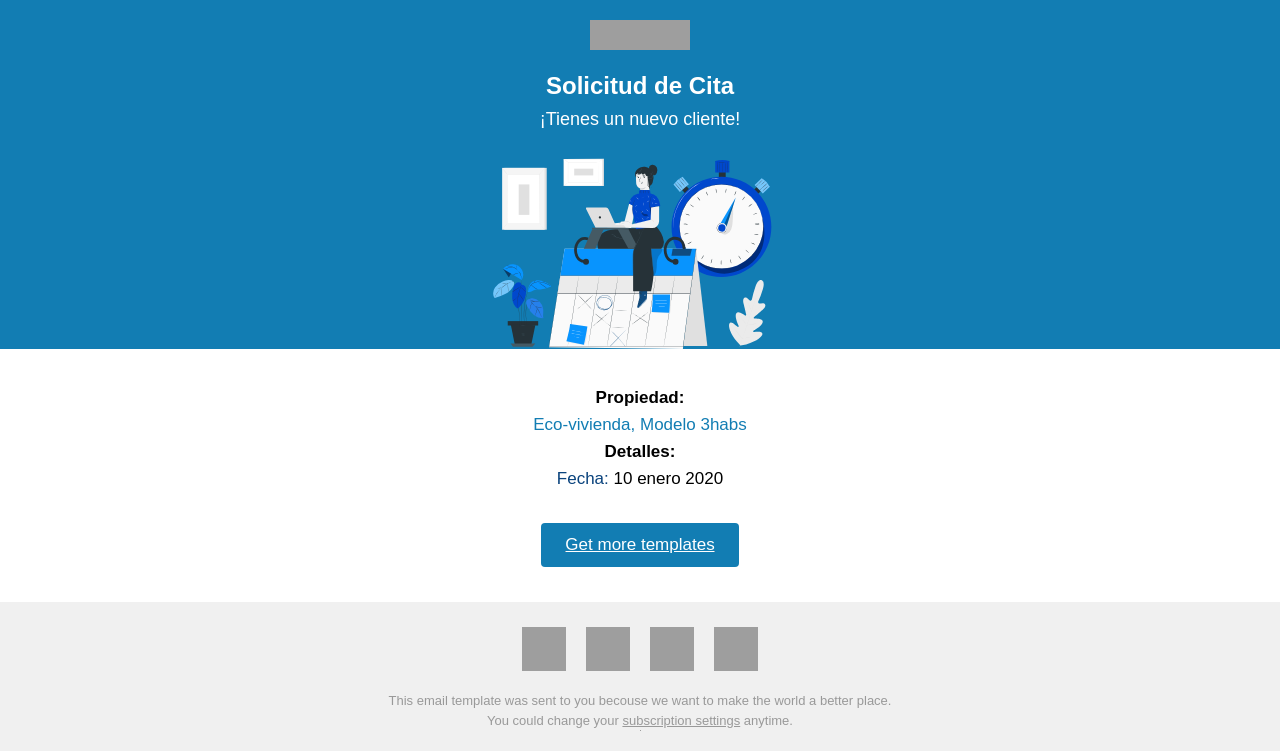
Repository: FabioMadrid/atlas_code
Page: correo_cita_vendedor.html
The author's editor kept a copy of each file at every save. The page is drawn from the files as they stood at one save, then again after the next save.
The browser window is 1280 px wide. The pictures show the whole page.
Pictures or frames that could not be fetched are drawn as grey boxes.

Above is the page before, as saved 2021-01-14 16:33:54.

### correo_cita_vendedor.html
<html xmlns="http://www.w3.org/1999/xhtml">
<head>
	<meta http-equiv="content-type" content="text/html; charset=utf-8">
  	<meta name="viewport" content="width=device-width, initial-scale=1.0;">
 	<meta name="format-detection" content="telephone=no"/>

	<style>
/* Reset styles */
    body {
        margin: 0; padding: 0; min-width: 100%; width: 100% !important; height: 100% !important;
        }
    body, table, td, div, p, a {
        -webkit-font-smoothing: antialiased; text-size-adjust: 100%; -ms-text-size-adjust: 100%;
        -webkit-text-size-adjust: 100%; line-height: 100%;
        }
    table, td {
         mso-table-lspace: 0pt; mso-table-rspace: 0pt;
         border-collapse: collapse !important; border-spacing: 0; }
    img {
        border: 0; line-height: 100%; outline: none; text-decoration: none;
        -ms-interpolation-mode: bicubic;
        }
    #outlook a { padding: 0; }
    .ReadMsgBody { width: 100%; }
    .ExternalClass { width: 100%; }
    .ExternalClass, .ExternalClass p, .ExternalClass span, .ExternalClass font, .E
    xternalClass td, .ExternalClass div {
        line-height: 100%;
        }

/* Extra floater space for advanced mail clients only */
@media all and (max-width: 600px) {
	.floater { width: 320px; }
}

/* Set color for auto links (addresses, dates, etc.) */
a, a:hover {
	color: #127DB3;
}
.footer a, .footer a:hover {
	color: #999999;
}

 	</style>

	<!-- MESSAGE SUBJECT -->
	<title>Cita Confirmada</title>

</head>

<!-- BODY -->
<!-- Set message background color (twice) and text color (twice) -->
<body topmargin="0" rightmargin="0" bottommargin="0" leftmargin="0" marginwidth="0" marginheight="0" width="100%" style="border-collapse: collapse; border-spacing: 0; margin: 0; padding: 0; width: 100%; height: 100%; -webkit-font-smoothing: antialiased; text-size-adjust: 100%; -ms-text-size-adjust: 100%; -webkit-text-size-adjust: 100%; line-height: 100%;
	background-color: #FFFFFF;
	color: #000000;"
	bgcolor="#FFFFFF"
	text="#000000">

<!-- SECTION / BACKGROUND -->
<!-- Set section background color -->
<table width="100%" align="center" border="0" cellpadding="0" cellspacing="0" style="border-collapse: collapse; border-spacing: 0; margin: 0; padding: 0; width: 100%;" class="background"><tr><td align="center" valign="top" style="border-collapse: collapse; border-spacing: 0; margin: 0; padding: 0;"
	bgcolor="#127DB3">

<!-- WRAPPER -->
<!-- Set wrapper width (twice) -->
<table border="0" cellpadding="0" cellspacing="0" align="center"
	width="600" style="border-collapse: collapse; border-spacing: 0; padding: 0; width: inherit;
	max-width: 600px;" class="wrapper">

	<tr>
		<td align="center" valign="top" style="border-collapse: collapse; border-spacing: 0; margin: 0; padding: 0; padding-left: 6.25%; padding-right: 6.25%; width: 87.5%;
			padding-top: 20px;">

			<!-- PREHEADER -->
			<!-- Set text color to background color -->
			<div style="display: none; visibility: hidden; overflow: hidden; opacity: 0; font-size: 1px; line-height: 1px; height: 0; max-height: 0; max-width: 0;
			color: #FFFFFF;" class="preheader">
				Available on&nbsp;GitHub and&nbsp;CodePen. holis aqui va un texto</div>

			<!-- LOGO -->
			<!-- Image text color should be opposite to background color. Set your url, image src, alt and title. Alt text should fit the image size. Real image size should be x2. URL format: http://domain.com/?utm_source={{Campaign-Source}}&utm_medium=email&utm_content=logo&utm_campaign={{Campaign-Name}} -->
			<a target="_blank" style="text-decoration: none;"
				href="https://github.com/konsav/email-templates/"><img border="0" vspace="0" hspace="0"
				src="https://raw.githubusercontent.com/konsav/email-templates/master/images/logo-white.png"
				width="100" height="30"
				alt="Logo" title="Logo" style="
				color: #000000;
				font-size: 10px; margin: 0; padding: 0; outline: none; text-decoration: none; -ms-interpolation-mode: bicubic; border: none; display: block;" /></a>

		</td>
	</tr>

	<!-- HEADER -->
	<!-- Set text color and font family ("sans-serif" or "Georgia, serif") -->
	<tr>
		<td align="center" valign="top" style="border-collapse: collapse; border-spacing: 0; margin: 0; padding: 0; padding-left: 6.25%; padding-right: 6.25%; width: 87.5%; font-size: 24px; font-weight: bold; line-height: 130%;
			padding-top: 20px;
			color: #FFFFFF;
			font-family: sans-serif;" class="header">
				Solicitud de Cita
		</td>
	</tr>

	<!-- SUBHEADER -->
	<!-- Set text color and font family ("sans-serif" or "Georgia, serif") -->
	<tr>
		<td align="center" valign="top" style="border-collapse: collapse; border-spacing: 0; margin: 0; padding: 0; padding-bottom: 3px; padding-left: 6.25%; padding-right: 6.25%; width: 87.5%; font-size: 18px; font-weight: 300; line-height: 150%;
			padding-top: 5px;
			color: #FFFFFF;
			font-family: sans-serif;" class="subheader">
				¡Tienes un nuevo cliente!
		</td>
	</tr>

	<!-- HERO IMAGE -->
	<!-- Image text color should be opposite to background color. Set your url, image src, alt and title. Alt text should fit the image size. Real image size should be x2 (wrapper x2). Do not set height for flexible images (including "auto"). URL format: http://domain.com/?utm_source={{Campaign-Source}}&utm_medium=email&utm_content={{Ìmage-Name}}&utm_campaign={{Campaign-Name}} -->
	<tr>
		<td align="center" valign="top" style="border-collapse: collapse; border-spacing: 0; margin: 0; padding: 0;
			padding-top: 20px;" class="hero"><a target="_blank" style="text-decoration: none;"
			href="#"><img border="0" vspace="0" hspace="0"
			src="./svg/calendario_mujer.svg"
			alt="Please enable images to view this content" title="Hero Image"
			width="530" style="
			width: 88.33%;
			max-width: 530px;
			color: #FFFFFF; font-size: 13px; margin: 0; padding: 0; outline: none; text-decoration: none; -ms-interpolation-mode: bicubic; border: none; display: block;"/></a></td>
	</tr>


<!-- End of WRAPPER -->
</table>

<!-- SECTION / BACKGROUND -->
<!-- Set section background color -->
</td></tr><tr><td align="center" valign="top" style="border-collapse: collapse; border-spacing: 0; margin: 0; padding: 0;
	padding-top: 5px;"
	bgcolor="#FFFFFF">

<!-- WRAPPER -->
<!-- Set conteiner background color -->
<table border="0" cellpadding="0" cellspacing="0" align="center"
	width="600" style="border-collapse: collapse; border-spacing: 0; padding: 0; width: inherit;
	max-width: 600px;">

	<!-- FLOATERS -->
	<!-- Floaters (left align tables) need extra 10px spacing in a line (Outlook fix). Floater table width = (wrapper width / 2) - 10px. Set text color and font family ("sans-serif" or "Georgia, serif"). Duplicate all text styles in links, including line-height. Image text color should be opposite to background color. Set your url, image src, alt and title. Alt text should fit the image size. Real image size should be x2. Do not set height for flexible images (including "auto"). URL format: http://domain.com/?utm_source={{Campaign-Source}}&utm_medium=email&utm_content={{Ìmage-Name}}&utm_campaign={{Campaign-Name}} -->
	<tr>
        <td align="center" valign="top" style="border-collapse: collapse; border-spacing: 0; margin: 0; padding: 0; padding-left: 10px; padding-right: 10px;" class="floaters">
        <table width="280" border="0" cellpadding="0" cellspacing="0" align="left" valign="top" style="border-collapse: collapse; mso-table-lspace: 0pt; mso-table-rspace: 0pt; border-spacing: 0; margin: 0; padding: 0; display: inline-table; float: none;" class="floater"><tr><td align="center" valign="top" style="border-collapse: collapse; border-spacing: 0; margin: 0; padding: 0; padding-left: 15px; padding-right: 15px; font-size: 17px; font-weight: 400; line-height: 160%;
			padding-top: 30px;
			font-family: sans-serif;
            color: #000000;">
            <b>Propiedad:</b> <br>

            <a target="_blank" style="text-decoration: none;
			font-size: 17px; line-height: 160%;"
            href="https://atlashome.hn/vistaCondominio/14">Eco-vivienda, Modelo 3habs</b></a> <br>

            <b>Detalles:</b> <br>

            <span style="color:#0A437D;"> Fecha: </span>  10 enero 2020

        </td>
    </tr>
    </table>


	<!-- BUTTON -->
	<!-- Set button background color at TD, link/text color at A and TD, font family ("sans-serif" or "Georgia, serif") at TD. For verification codes add "letter-spacing: 5px;". Link format: http://domain.com/?utm_source={{Campaign-Source}}&utm_medium=email&utm_content={{Button-Name}}&utm_campaign={{Campaign-Name}} -->
 	<tr>
		<td align="center" valign="top" style="border-collapse: collapse; border-spacing: 0; margin: 0; padding: 0; padding-left: 6.25%; padding-right: 6.25%; width: 87.5%;
			padding-top: 30px;
			padding-bottom: 35px;" class="button"><a
			href="https://github.com/konsav/email-templates/" target="_blank" style="text-decoration: underline;">
				<table border="0" cellpadding="0" cellspacing="0" align="center" style="max-width: 240px; min-width: 120px; border-collapse: collapse; border-spacing: 0; padding: 0;"><tr><td align="center" valign="middle" style="padding: 12px 24px; margin: 0; text-decoration: underline; border-collapse: collapse; border-spacing: 0; border-radius: 4px; -webkit-border-radius: 4px; -moz-border-radius: 4px; -khtml-border-radius: 4px;"
					bgcolor="#127DB3"><a target="_blank" style="text-decoration: underline;
					color: #FFFFFF; font-family: sans-serif; font-size: 17px; font-weight: 400; line-height: 120%;"
					href="https://github.com/konsav/email-templates/">
						Get more templates
					</a>
			</td></tr></table></a>
		</td>
	</tr>

<!-- End of WRAPPER -->
</table>

<!-- SECTION / BACKGROUND -->
<!-- Set section background color -->
</td></tr><tr><td align="center" valign="top" style="border-collapse: collapse; border-spacing: 0; margin: 0; padding: 0;"
	bgcolor="#F0F0F0">

<!-- WRAPPER -->
<!-- Set wrapper width (twice) -->
<table border="0" cellpadding="0" cellspacing="0" align="center"
	width="600" style="border-collapse: collapse; border-spacing: 0; padding: 0; width: inherit;
	max-width: 600px;" class="wrapper">

	<!-- SOCIAL NETWORKS -->
	<!-- Image text color should be opposite to background color. Set your url, image src, alt and title. Alt text should fit the image size. Real image size should be x2 -->
	<tr>
		<td align="center" valign="top" style="border-collapse: collapse; border-spacing: 0; margin: 0; padding: 0; padding-left: 6.25%; padding-right: 6.25%; width: 87.5%;
			padding-top: 25px;" class="social-icons"><table
			width="256" border="0" cellpadding="0" cellspacing="0" align="center" style="border-collapse: collapse; border-spacing: 0; padding: 0;">
			<tr>

				<!-- ICON 1 -->
				<td align="center" valign="middle" style="margin: 0; padding: 0; padding-left: 10px; padding-right: 10px; border-collapse: collapse; border-spacing: 0;"><a target="_blank"
					href="https://raw.githubusercontent.com/konsav/email-templates/"
				style="text-decoration: none;"><img border="0" vspace="0" hspace="0" style="padding: 0; margin: 0; outline: none; text-decoration: none; -ms-interpolation-mode: bicubic; border: none; display: inline-block;
					color: #000000;"
					alt="F" title="Facebook"
					width="44" height="44"
					src="https://raw.githubusercontent.com/konsav/email-templates/master/images/social-icons/facebook.png"></a></td>

				<!-- ICON 2 -->
				<td align="center" valign="middle" style="margin: 0; padding: 0; padding-left: 10px; padding-right: 10px; border-collapse: collapse; border-spacing: 0;"><a target="_blank"
					href="https://raw.githubusercontent.com/konsav/email-templates/"
				style="text-decoration: none;"><img border="0" vspace="0" hspace="0" style="padding: 0; margin: 0; outline: none; text-decoration: none; -ms-interpolation-mode: bicubic; border: none; display: inline-block;
					color: #000000;"
					alt="T" title="Twitter"
					width="44" height="44"
					src="https://raw.githubusercontent.com/konsav/email-templates/master/images/social-icons/twitter.png"></a></td>

				<!-- ICON 3 -->
				<td align="center" valign="middle" style="margin: 0; padding: 0; padding-left: 10px; padding-right: 10px; border-collapse: collapse; border-spacing: 0;"><a target="_blank"
					href="https://raw.githubusercontent.com/konsav/email-templates/"
				style="text-decoration: none;"><img border="0" vspace="0" hspace="0" style="padding: 0; margin: 0; outline: none; text-decoration: none; -ms-interpolation-mode: bicubic; border: none; display: inline-block;
					color: #000000;"
					alt="G" title="Google Plus"
					width="44" height="44"
					src="https://raw.githubusercontent.com/konsav/email-templates/master/images/social-icons/googleplus.png"></a></td>

				<!-- ICON 4 -->
				<td align="center" valign="middle" style="margin: 0; padding: 0; padding-left: 10px; padding-right: 10px; border-collapse: collapse; border-spacing: 0;"><a target="_blank"
					href="https://raw.githubusercontent.com/konsav/email-templates/"
				style="text-decoration: none;"><img border="0" vspace="0" hspace="0" style="padding: 0; margin: 0; outline: none; text-decoration: none; -ms-interpolation-mode: bicubic; border: none; display: inline-block;
					color: #000000;"
					alt="I" title="Instagram"
					width="44" height="44"
					src="https://raw.githubusercontent.com/konsav/email-templates/master/images/social-icons/instagram.png"></a></td>

			</tr>
			</table>
		</td>
	</tr>

	<!-- FOOTER -->
	<!-- Set text color and font family ("sans-serif" or "Georgia, serif"). Duplicate all text styles in links, including line-height -->
	<tr>
		<td align="center" valign="top" style="border-collapse: collapse; border-spacing: 0; margin: 0; padding: 0; padding-left: 6.25%; padding-right: 6.25%; width: 87.5%; font-size: 13px; font-weight: 400; line-height: 150%;
			padding-top: 20px;
			padding-bottom: 20px;
			color: #999999;
			font-family: sans-serif;" class="footer">

				This email template was sent to&nbsp;you becouse we&nbsp;want to&nbsp;make the&nbsp;world a&nbsp;better place.<br/> You&nbsp;could change your <a href="https://github.com/konsav/email-templates/" target="_blank" style="text-decoration: underline; color: #999999; font-family: sans-serif; font-size: 13px; font-weight: 400; line-height: 150%;">subscription settings</a> anytime.

				<!-- ANALYTICS -->
				<!-- https://www.google-analytics.com/collect?v=1&tid={{UA-Tracking-ID}}&cid={{Client-ID}}&t=event&ec=email&ea=open&cs={{Campaign-Source}}&cm=email&cn={{Campaign-Name}} -->
				<img width="1" height="1" border="0" vspace="0" hspace="0" style="margin: 0; padding: 0; outline: none; text-decoration: none; -ms-interpolation-mode: bicubic; border: none; display: block;"
				src="https://raw.githubusercontent.com/konsav/email-templates/master/images/tracker.png" />

		</td>
	</tr>

<!-- End of WRAPPER -->
</table>

<!-- End of SECTION / BACKGROUND -->
</td></tr></table>

</body>
</html>

After the next save:
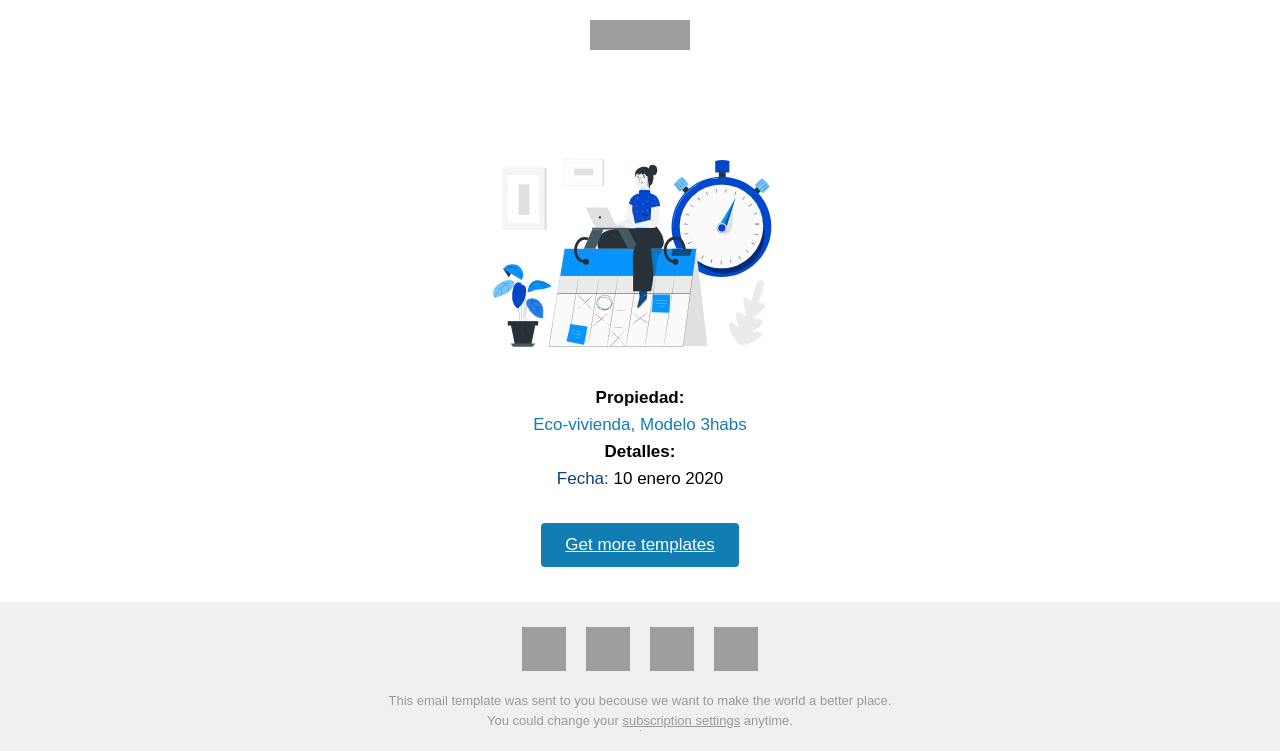
Saved 3 min 24 s later.
--- a/correo_cita_vendedor.html
+++ b/correo_cita_vendedor.html
@@ -59,7 +59,7 @@ a, a:hover {
 <!-- SECTION / BACKGROUND -->
 <!-- Set section background color -->
 <table width="100%" align="center" border="0" cellpadding="0" cellspacing="0" style="border-collapse: collapse; border-spacing: 0; margin: 0; padding: 0; width: 100%;" class="background"><tr><td align="center" valign="top" style="border-collapse: collapse; border-spacing: 0; margin: 0; padding: 0;"
-	bgcolor="#127DB3">
+	bgcolor="#fff">
 
 <!-- WRAPPER -->
 <!-- Set wrapper width (twice) -->
